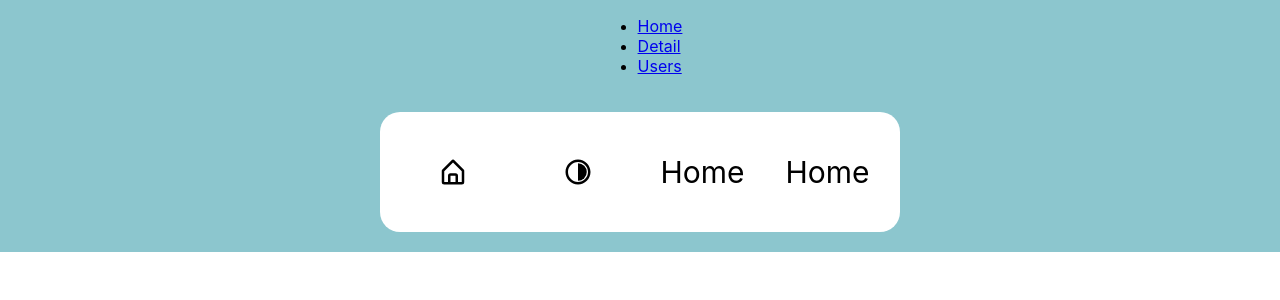
Repository: lethinh2003/pokemon_reactjs
Page: /
An editor plug-in stored every save of this project. The page is shown before and after the next save, followed by the edit.
The browser window is 1280 px wide. The pictures show the whole page.
The page's requests for data from a server got no answer. The project was rebuilt for these pictures with package versions that can differ from the ones it lists, and the page was loaded fresh each time. A package was used in the major version that the imports need, not the one package.json lists. No one was signed in, and anything a server would have sent is missing. Also part of the build but not shown: src/App.css, src/view/Pokemon.scss, src/styles/pokemonDetail.scss, src/view/PokemonDetail.jsx.

Above is the page before, as saved 2021-11-28 11:15:52.

### public/index.html
<!DOCTYPE html>
<html lang="en">
  <head>
    <meta charset="utf-8" />
    <link rel="icon" href="%PUBLIC_URL%/favicon.ico" />
    <meta name="viewport" content="width=device-width, initial-scale=1" />
    <meta name="theme-color" content="#000000" />
    <meta
      name="description"
      content="Web site created using create-react-app"
    />
    <link rel="apple-touch-icon" href="%PUBLIC_URL%/logo192.png" />


    <!--
      manifest.json provides metadata used when your web app is installed on a
      user's mobile device or desktop. See https://developers.google.com/web/fundamentals/web-app-manifest/
    -->
    <link rel="manifest" href="%PUBLIC_URL%/manifest.json" />
    <!--
      Notice the use of %PUBLIC_URL% in the tags above.
      It will be replaced with the URL of the `public` folder during the build.
      Only files inside the `public` folder can be referenced from the HTML.

      Unlike "/favicon.ico" or "favicon.ico", "%PUBLIC_URL%/favicon.ico" will
      work correctly both with client-side routing and a non-root public URL.
      Learn how to configure a non-root public URL by running `npm run build`.
    -->
    <title>React App</title>
  </head>
  <body>
    <noscript>You need to enable JavaScript to run this app.</noscript>
    <div id="root"></div>
    <!--
      This HTML file is a template.
      If you open it directly in the browser, you will see an empty page.

      You can add webfonts, meta tags, or analytics to this file.
      The build step will place the bundled scripts into the <body> tag.

      To begin the development, run `npm start` or `yarn start`.
      To create a production bundle, use `npm run build` or `yarn build`.
    -->
  </body>
</html>

### src/App.js
import logo from './logo.svg';
import './App.css';
import './styles/body.scss';
import Pokemon from './view/Pokemon';
import PokemonDetail from './view/PokemonDetail';
import Nav from './view/Nav';
import {
  BrowserRouter as Router,
  Switch,
  Route,
  Link
} from "react-router-dom";


function App() {
  return (
    <>

        <div className="container">

        <Router>
        <div>
        <nav>
          <ul>
            <li>
              <Link to="/">Home</Link>
            </li>
            <li>
              <Link to="/detail">Detail</Link>
            </li>
            <li>
              <Link to="/users">Users</Link>
            </li>
          </ul>
        </nav>
        </div>
        <Switch>
          <Route path="/" exact>
            <Nav />
            <Pokemon />
          </Route>

          <Route path="/detail/:id" exact>
          <PokemonDetail />

          </Route>
          <Route path="/">

          </Route>
        </Switch>
        </Router>

        </div>
    </>
  );
}

export default App;

### src/styles/body.scss
.container {
  background-color: rgba(29, 143, 158, 0.507);
  display: flex;
  justify-content: center;
  align-items: center;
  flex-direction: column;
}

.card-body {
  display: flex;
  gap: 20px;
  justify-content: center;
  flex-wrap: wrap;
  position: relative;
}

@media (max-width: 735px) {
  .card-body {
  }
}
.card-item {
  width: 260px;
  height: 350px;
  background-color: rgb(75, 72, 72);
  border-radius: 20px;
  margin-left: 20px;
  position: relative;
  box-shadow: 2px 2px 8px 2px #5e5353;
  background-image: linear-gradient(45deg, #d90e0e, #2016dfcf);
  &:nth-child(2n + 1) {
    background-image: linear-gradient(90deg, #d90e0e, #2016dfcf);
  }

  &__body {
    align-items: center;
    position: absolute;
    background-color: #fff;
    width: 230px;
    height: 325px;
    left: 50%;
    top: 50%;
    transform: translate(-50%, -50%);
    display: flex;
    flex-direction: column;
  }
  &__img {
    height: 255px;
    border-bottom: 2px solid black;
    width: 100%;
    & img {
      width: 100%;
      height: 100%;
      object-fit: contain;
    }
  }
  &__info {
    height: 50px;
    display: flex;
    flex-direction: column;
    align-items: center;
  }
  &__name {
    color: black;
    font-weight: bold;
    text-transform: capitalize;
  }
  &__type {
    font-size: 15px;
    color: white;
    gap: 10px;
    text-transform: capitalize;
    display: flex;
    justify-content: center;
    align-items: center;
  }
  & .type-btn {
    width: 67px;
    height: 16px;
    display: flex;
    justify-content: center;
    align-items: center;
  }
}

.detail {
  background-color: #c5ee0d;
  cursor: pointer;
  color: rgb(66, 46, 46);
  padding: 2px;
  font-weight: bold;
  border-radius: 5px;
}
.pokemon-search {
  margin: 20px;
  color: black;
}
.pokemon-more {
  position: absolute;
  bottom: 0;

  left: 50%;
  transform: translateX(-50%);
  margin: 20px 0;
  background-image: linear-gradient(
    to right,
    rgb(65, 56, 195),
    rgb(46, 6, 226)
  );
  display: flex;
  justify-content: center;
  align-items: center;
  width: 200px;
  height: 50px;
  border-radius: 10px;
  cursor: pointer;
}

### src/view/Pokemon.jsx
import axios from 'axios';
import useFetch from '../custom/useFetch';
import './Pokemon.scss';
import { useState, useEffect, useImperativeHandle } from 'react';
import PokemonDetail from './PokemonDetail';
import 'aos/dist/aos.css';
import {Link} from "react-router-dom";
import Aos from 'aos';
const  Pokemon = () => {
    let { data, isLoading } =  useFetch(`https://pokeapi.co/api/v2/pokemon?limit=100`);
    let currentData =  data.results;

    useEffect(() => {
        Aos.init({
            offset: 80,
            duration: 400,
            easing: 'ease-in-sine',
            delay: 50,
        });

      }, []);

    return(
        <>

        {isLoading === true &&

            <div class="lds-ellipsis"><div></div><div></div><div></div><div></div></div>


            }
            <div className="card-body">

        {isLoading === false && currentData && currentData.length > 0 && currentData.map((item, index) => {
            return(
                <div className="card-item" data-aos="fade-up">
        <div className="card-item__body">
        <div className="card-item__img"><img alt="pokemon" src={`https://img.pokemondb.net/artwork/large/${item.name}.jpg`}/></div>
        <div className="card-item__info">
        <div className="card-item__name">{item.name}</div>
        <div className="card-item__type">
        <Link to={"/detail/" + parseInt(index+1)}><div className="type-btn detail"><span className="desc-type">Detail</span></div></Link>



            {/* <div className="type-btn gass"><span className="desc-type">Gass</span></div>
            <div className="type-btn gass"><span className="desc-type">Gass</span></div> */}



        </div>
        </div>
        </div>

        </div>

            )


        })}

        </div>

        </>


    )


}
export default Pokemon;

### src/view/Nav.jsx
import '../styles/nav.scss';
import { BiHomeAlt, BiAdjust } from "react-icons/bi";
const Nav = () => {
    return(
        <>
        <div className="navigation">
            <div className="home"><BiHomeAlt /></div>
            <div className="home"><BiAdjust /></div>
            <div className="home">Home</div>
            <div className="home">Home</div>
        </div>
        </>
    )

}
export default Nav;

### src/custom/useFetch.js
import { useEffect, useState } from "react";
import axios from "axios";
const useFetch = (url) => {
    const [data, setData] = useState([]);
    const [isLoading, setIsLoading] = useState(true);

    useEffect(() => {
        const ourRequest = axios.CancelToken.source() // <-- 1st step

            async function fetchData() {
                try {
                let res = await axios.get(url, {
                    cancelToken: ourRequest.token, // <-- 2nd step
                  })
                let data = (res && res.data) ? res.data : [];
                if (data && data.length > 0) {
                    data.map(item => {

                        return item;
                    })

                }
                setData(data);
                setIsLoading(false);
            }
            catch (err) {
                if (axios.isCancel(err)) {
                    console.log('Request canceled', err.message);
                } else {
                    // handle error
                    setIsLoading(false);
                  }
            }



        }
        fetchData();
        return () => {
            ourRequest.cancel('This is message error!') // <-- 3rd step
          }

    }
    , []);

    return {
        data, isLoading
    }

}

export default useFetch;

### src/styles/nav.scss
.navigation {
  background-color: white;
  height: 100px;
  width: 500px;
  border-radius: 20px;
  margin: 20px;
  padding: 10px;
  display: flex;
  align-items: center;
  justify-content: space-around;
  & .home {
    display: flex;
    justify-content: center;
    align-items: center;
    width: 100px;
    height: 100px;
    font-size: 30px;
    border-radius: 10px;
  }
}

Loaded but not shown: src/index.js (common file); src/index.css (common file); src/reportWebVitals.js (common file)

After the next save:
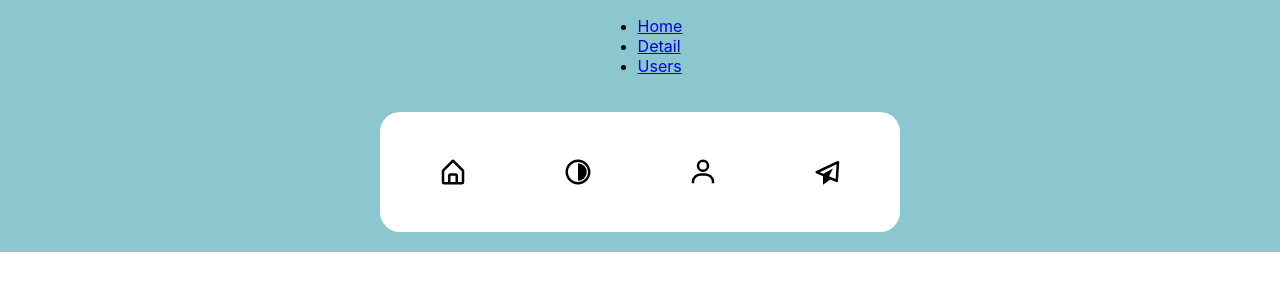
Saved 114 s later.
--- a/src/view/Nav.jsx
+++ b/src/view/Nav.jsx
@@ -1,13 +1,13 @@
 import '../styles/nav.scss';
-import { BiHomeAlt, BiAdjust } from "react-icons/bi";
+import { BiHomeAlt, BiAdjust, BiUser, BiPaperPlane } from "react-icons/bi";
 const Nav = () => {
     return(
         <>
         <div className="navigation">
             <div className="home"><BiHomeAlt /></div>
             <div className="home"><BiAdjust /></div>
-            <div className="home">Home</div>
-            <div className="home">Home</div>
+            <div className="home"><BiUser /></div>
+            <div className="home"><BiPaperPlane /></div>
         </div>
         </>
     )
